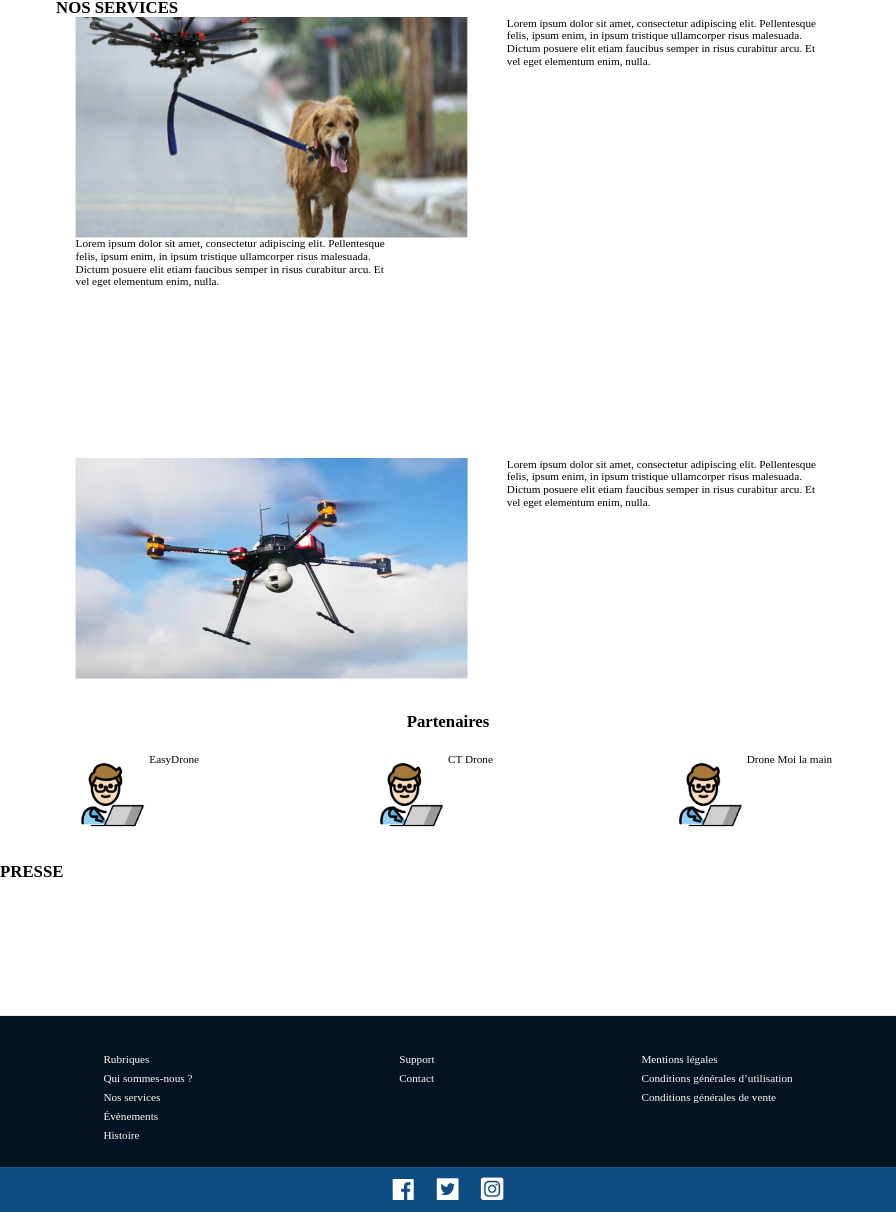
Repository: clairedupuich/serv_drone
Page: http://localhost/aceuille.html
The author's editor kept a copy of each file at every save. The page is drawn from the files as they stood at one save, then again after the next save.
The browser window is 1280 px wide. The pictures show the part of the page from y = 936 to 2856 px (the page is 2668 px tall before and 2856 px after), at 70% of full size.
Pictures or frames that could not be fetched are drawn as grey boxes. The page is run by PHP 8.4 with error messages shown; the project is at /var/www/html/.

Above is the page before, as saved 2020-11-01 22:35:41.

### aceuille.html
<!DOCTYPE html>
<html lang="en">
<head>
    <meta charset="UTF-8">
    <meta name="viewport" content="width=device-width, initial-scale=1.0">
    <title>Aceuille</title>
    <link rel="stylesheet" href="style.css">
</head>
<body>
    <header>
        <section class="navLogo">
            <img src="img/Group 5.png" class="logo">
            <div class="navAndIcon">
                <ul class="nav">
                    <li class=""> <a href="qui_somme_nous.html"> Qui sommes-nous ?</a></li>
                    <li class=""> <a href="nos_produit.html"> Nos services</a></li>
                    <li class=""> <a href="histoire.html"> Histoire</a></li>
                    <li class=""> <a href="evenements.html"> Évènements</a></li>
                    <li class=""> <a href="support.html"> Support</a></li>
                    <li class=""> <a href="contact.html"> Contact</a></li>
                </ul>

                <div class="iconHeader">
                  <a href="" class="iconHaut"><img src="img/Vector.png" alt=""></a>
                  <a href="" class="iconHaut"><img src="img/Vector(1).png" alt=""></a>
                  <a href="" class="iconHaut"><img src="img/Vector(2).png" alt=""></a>
                </div>
            </div>
        </section>
        <section class="grandImg">
            <h2>Serv’Drone</h2>
            <p class="inHeaderP">Petite phrase d’accroche lorem ipsum s simply dummy text
                of the printing and typesetting industry.</p>
        </section>
    </header>


<section>
    <div class="container_acceuille">
        <div class="inuvation">
            <h3>INNOVATION</h3>
            <p>Lorem ipsum dolor sit amet, consectetur adipiscing elit. Pellentesque felis, ipsum enim, in ipsum tristique ullamcorper risus malesuada. Dictum posuere elit etiam faucibus semper in risus curabitur arcu. Et vel eget elementum enim, nulla. </p>
        </div>
        <img src="img/drone-knoll-flatlay 1.png" alt="" class="imgInovation">
    </div>
</section>

<section class="service_of_produit">
    <h2 class="titreAceuille">NOS SERVICES </h2>
    <div class="containerService">
        <img src="img/promèneChien.png" alt="" class="imgService">
        <p class="textService">Lorem ipsum dolor sit amet, consectetur adipiscing elit. Pellentesque felis, ipsum enim, in ipsum tristique ullamcorper risus malesuada. Dictum posuere elit etiam faucibus semper in risus curabitur arcu. Et vel eget elementum enim, nulla. </p>
    </div>
    <div class="containerService">

        <p class="textService">Lorem ipsum dolor sit amet, consectetur adipiscing elit. Pellentesque felis, ipsum enim, in ipsum tristique ullamcorper risus malesuada. Dictum posuere elit etiam faucibus semper in risus curabitur arcu. Et vel eget elementum enim, nulla. </p>
        <!-- <img src="" alt="" class="imgService"> -->
        <iframe width="560" height="315" src="https://www.youtube.com/embed/5ieqqD7U5DI" frameborder="0" allow="accelerometer; autoplay; clipboard-write; encrypted-media; gyroscope; picture-in-picture" allowfullscreen></iframe>
    </div>
    <div class="containerService">
        <img src="img/service3.jpg" alt="" class="imgService">
        <p class="textService">Lorem ipsum dolor sit amet, consectetur adipiscing elit. Pellentesque felis, ipsum enim, in ipsum tristique ullamcorper risus malesuada. Dictum posuere elit etiam faucibus semper in risus curabitur arcu. Et vel eget elementum enim, nulla.</p>
    </div>
</section>
<section>
    <div class="containerP">
        <h2 class="title text-center">Partenaires</h2>
        <div class="partners">
          <div class="block-partner">
            <img src="img/openmoji_man-technologist-light-skin-tone.png" alt="Logo des partenaires">
            <p>EasyDrone</p>
          </div>
          <div class="block-partner">
            <img src="img/openmoji_man-technologist-light-skin-tone.png" alt="Logo des partenaires">
            <p>CT Drone</p>
          </div>
          <div class="block-partner">
            <img src="img/openmoji_man-technologist-light-skin-tone.png" alt="Logo des partenaires">
            <p>Drone Moi la main</p>
          </div>
        </div>
      </div>
</section>
<section>
    <h2 class="titreAceuille">PRESSE</h2>
    <div class="container"></div>
</section>









    <footer>
        <div class="textFooterC">
            <div class="texFooter">
                <a href="" class="textFooterEle">Rubriques</a>
                <a href="" class="textFooterEle">Qui sommes-nous ? </a>
                <a href="" class="textFooterEle">Nos services</a>
                <a href="" class="textFooterEle">Évènements</a>
                <a href="" class="textFooterEle">Histoire</a>


            </div>
            <div class="texFooter">
                <a href="" class="textFooterEle">Support</a>
                <a href="" class="textFooterEle">Contact</a>
            </div>
            <div class="texFooter">
                <a href="" class="textFooterEle">Mentions légales</a>
                <a href="" class="textFooterEle">Conditions générales d’utilisation</a>
                <a href="" class="textFooterEle">Conditions générales de vente</a>
            </div>
        </div>
        <div class="iconsFooter">
               <img src="img/Vector 1.png" alt="" class="iconFooter">
               <img src="img/Vector2.png" alt="" class="iconFooter">
               <img src="img/Vector 3.png" alt="" class="iconFooter">
        </div>
    </footer>
</body>
</html>

### style.css
/* header commence ci-desous */
.navLogo {
    display: flex;
    flex-wrap: wrap;
    flex-direction: row;
    justify-content: space-around;
    align-items: center;
    padding: 1.5em;
}
.logo {
    width: 5em;
    height: 5em;
    margin-left: 0;
}
.nav {
    display: flex;
    flex-wrap: wrap;
    flex-direction: row;
    justify-content: space-between;
    margin-bottom: 0;
}
.nav > li {
    text-decoration: none;
    transition-property: transform;
    transition-duration: .2s;
    transform: scale(1);
    padding: 1em;
    list-style: none;
}
.nav > li > a {
    list-style: none;
    color:black;
    text-decoration: none;

}
.nav > li:hover {
    transform: scale(1.3);
    color: rgb(10, 23, 204);

}

.nav > li > a:hover {
    transform: scale(1.3);
    color: rgb(10, 23, 204);

}
.iconHeader {
    text-align: end;
   margin-right: 3em;
}
.iconHaut {
    margin-left: 1em;
}
.grandImg {
    background-image: url(img/headerimg.png);
    border-top: 7px solid #0F4C81;
    background-repeat: no-repeat;
    background-origin: border-box;
    background-position: center;
}
.grandImg > h2 {
    color: snow;
    font-size:3em ;
    margin: 0 auto 1em 1em;
    padding-top: 2em;
}
.inHeaderP {
    width: 40%;
    margin-bottom: 7em;
    padding-bottom: 8%;
    padding-left: 3.5%;
}
@media screen and (max-width: 770px) {
    .inHeaderP {
        width: 70%;
        margin-bottom: 6em;
        padding: 8% auto;
    }
    .grandImg > h2 {
        color: snow;
        font-size:2em ;
        margin: 0 auto 1em 1em;
        padding-top: 2em;
    }
}
/* page support commence */
*{
    margin: 0;
    padding: 0;
}
.videoDiv,
.iconText, {
    margin-bottom: 7em;
}
.contenueSupport {
   margin: 4em auto;
   padding: 1em 4%;
   text-align: center;
}
iframe {
    min-width: 300px;
}
.videoDiv > h2 {
   margin-bottom: 2em;
}

/* les icons de page support commence */
.titreIcon {
    color: snow;
    background-color: #0F4C81;
    margin: 5em auto;
    padding: .5em;
    width: 45%;
    border-radius: 3em;
}
@media screen and (max-width: 925px){
    .titreIcon {
        width: 65%;
        font-size: 1em;
    }
}
.iconText {
    display: flex;
    flex-direction: row;
    flex-wrap: wrap;
    justify-content: space-around;
}
.fig {
    width: 25%;
    min-width: 10em;
    margin-bottom: 7em;
}
.icon {
    margin-bottom: 2em;
}
.icon1,
.icon4 {
    margin-bottom: 3em;
}
.fig > figcaption {
    text-align: center;
    padding: 2em;
}

.repaire {
    margin-bottom: 4em;
    padding: 1em 15%;
}
.teleMail {
    display: flex;
    flex-direction: row;
    flex-wrap: wrap;
    justify-content: space-around;
}
.tele,
.mail {
    color: snow;
    background-color: #0F4C81;
    margin-bottom: 3em;
    padding: .5em;
    width: 33%;
    min-width: 15em;
}

/* page qui somme nous commence */
.quiHaut {
    text-align: center;
    background-color: #031322;
    background-clip: border-box;
    padding: 3em 17%;
    color: snow;
}
.littleTitre {
    font-weight: bold;
    padding: 2em;
    font-size: 1.2em;
}
.quiText {
    padding-bottom: 9em;
    line-height: 1.5em;
    text-align: justify;
}
.chefs {
    /* background-color: #031322; */
    background-clip: border-box;
    padding:2em 8%;
   /*  color: snow; */
}
.chefs > h4 {
    margin-left: 4em;
}
.man {
    display: flex;
    flex-wrap: wrap;
    flex-direction: row;
    justify-content: space-around;
    margin-bottom: 6em;
}
.imgMan2 {
    display: none;
}
.manText {
    width: 35%;
    text-align: justify;

}
@media screen and (max-width: 380px){
    .manText {
        width: 65%;
        text-align: justify;

    }
    .imgMan2 {
        display: block;
    }
    .imgManComputer {
        display: none;
    }
}

/* footer commence */
footer {

    color: snow;
    margin-top: 8em;
}
.textFooterC {
    background-color: #031322;
    display: flex;
    flex-direction: row;
    flex-wrap: wrap;
    justify-content: space-around;
    padding-top: 3em;
    padding-bottom: 2em;
}
.texFooter {
    display: flex;
    flex-direction: column;
    line-height: 1.7em;
    background-clip: border-box;
}
/* .textFooter2 {
    margin-right: 19em;
} */
.textFooterEle {
    text-decoration: none;
    list-style: none;
    color: snow;
}
.iconsFooter {
    background-color: #0F4C81;
    text-align: center;
}
.iconFooter{
   padding: 0.9em;
}

/* page contact commence */
.contenueContact {
    padding:2em 9%;
    background-color: #f2f3f3;
    background-clip: border-box;
}
.contact {
    display: flex;
    flex-direction: row;
    flex-wrap: wrap;
    justify-content: space-around;
    margin-bottom: 3em;
}
.contact > p {
    background-color: #ffffff;
    padding: 10% 2em;
    border-radius: 3em;
    margin-bottom: 1.5em;

}
.contact > p > span {
    font-size: 1.5em;
    display: block;
    margin-bottom: 1em;
}
.contact_img {
    border-radius: 3em;
    width: 40%;
    min-width: 20em;
}

/* formulaire ci-desous */
.cont h2 {
    margin: 6em auto 2em;
    text-align: center;
    width: 80%;
}

.hform {

    background-image: url(img/drone2.png);
    background-repeat: no-repeat;
    background-position-x: right;
    background-position-y: top;
}

.cont h3 {
    margin-bottom: 1em;
}

.contat-p {
    padding: 8px auto;
}

form {
    margin-top: 1.5em;

}

.nomemail {
    display: flex;
    flex-direction: row;
    flex-wrap: wrap;
    justify-content: space-between;

}

.form-nom {
    width: 40%;
    min-width: 16em;
}

.form-emil {
    width: 40%;
    margin-right:.5em;
    min-width: 16em;
}

.name {

    color: rgb(39, 37, 37);
    padding: 1em;
    width: 100%;
    margin: 0.7em auto;
}

.textarea {
    width: 100%;
    padding: 1.5em;
    font-size: 1em;
    margin-bottom: 2em;
    font-style: italic;

}

.contact-submit input {
    padding: .6em;
    font-size: 1em;
    background-color: #febf01;
    border: darkslategrey solid 1px;
    box-shadow: 2px 3x 6px black;
    border-radius: 3px;
    color: cornsilk;
    cursor: pointer;
}
@media screen and (max-width: 556px) {
    footer {
        margin-top: 5em;
        text-align: center;
    }
    .textFooterC {
        display: flex;
        flex-direction: column;
        flex-wrap: wrap;
        justify-content: space-around;
        padding-top: 3em;
        padding-bottom: 2em;
    }
    .texFooter {
        display: flex;
        flex-direction: column;
        line-height: 1.7em;
        background-clip: border-box;
    }

    .cont {
        background-image: url(img/drone2.png);
        background-repeat: no-repeat;
        background-position-x: right;
        background-position-y: top;
    }
    .hform {

        background-image: url();
    }

    .textarea {
        width: 92%;
    }

}
/* page histoire commence ici */
.cotenue_histoire {
    text-align: center;
}
.histoire_titre {
    text-align: center;
    font-weight: bold;
    font-size: 1.5em;
    margin: 3em auto;
}
.histoire_img {
    width: 60%;
}

/* page produit/ service commence */
.container {
    padding: 2em 5em;
}
 ul li {

    list-style: none;
    text-decoration: none;
}
.bg-light {
    padding: 1em 5em 4em;
    background-color: #D4E3E3;
}
.title {
    text-align: center;

}
.services {
    margin: 80px 0;
    padding: 30px;
  }

  .service-text {
    padding: 40px 0;
  }

  .service-img {
    margin-top: 20px;
    position: relative;
    height: 300px;
    background: center / cover no-repeat url(/images/service1.png);

    border-radius: 13px;

    transition: .3s;
  }

  .service-img-1 {
    background-image: url(/images/service2.png);
  }

  .service-img-2 {
    background-image: url(/images/service3.png);
  }

  .service-img-3 {
    background-image: url(/images/service4.png);
  }

  .service-img-4 {
    background-image: url(/images/service5.png);
  }

  .services a:hover .service-img {
    box-shadow: 4px 3px 14px -1px rgba(0, 0, 0, 0.26);
  }

  .service-img p {
    padding: 30px;
    position: absolute;
    top: 20px;
    right: 0;
    width: 200px;

    font-weight: 900;

    border-radius: 10px 0 0 10px;

    background-color: #B8D4D4;
  }

  .application {
    padding: 50px 0;
  }

  .application .title {
    margin-bottom: 50px;
  }
  /* products */
  .products {
    margin: 50px 0;
  }

  .product {
    padding: 15px;
    margin: 30px 0;

    color: #FFF;

    background-color: #031322;


  }

  .product img {

    width: 100%;
  }

  .product-title {
    margin-top: 20px;
    font-weight: 800;
  }

  .product-details {
    margin: 20px 0;
  }

  .product-price {
    text-align: center;
    font-weight: 800;
  }

  .product .btn {
    display: inline-block;
    margin-top: 20px;
    padding: 10px 0;
    width: 100%;
    color: snow;
    text-decoration: none;
    text-align: center;

    background-color: #0F4C81;

    border-radius: 6px;
  }

  a.btn:hover {
    color: #031322;
  }



  @media only screen and (min-width: 768px) {
    .products {
      display: grid;
      grid-template-columns: 1fr 1fr 1fr;
      grid-gap: 20px;
    }

    .product {
      min-height: 600px;
      position: relative;
    }

    .bottom-product {
      position: absolute;
      bottom: 15px;
      left: 15px;
      right: 15px;
    }
  }


/* page de evenements commance */
.evenement_container {
    display: flex;
    flex-direction: row;
    flex-wrap: wrap;
    justify-content: space-around;
    margin: 2em 3em;
}
.evenement_text{
    width: 35%;
}
.evenement_text p {
    margin-top: 2em;
}
.img_evenement_top {
    width: 45%;
    min-width: 20em;
}
.three_images {
    margin: 9em 3em;
}
.img_evenement_middle {
    width: 30%;
    min-width: 15em;
    margin-bottom: 2em;
}
.img_evenement_bottom {
    width: 55%;
    margin-left: 25%;
}
/* page d'aceuill commence */
.service_of_produit {
    margin: 3em 5em;
}
.containerService {
    display: flex;
    flex-direction: row;
    flex-wrap: wrap;
    justify-content: space-around;
}
.imgService {
    width: 560px;
    height: 315px;
}
.textService {
    width: 40%;

}
.block-partner {
    display: flex;
}
.container_acceuille {
    display: flex;
    flex-direction: row;
    flex-wrap: wrap;
    justify-content: space-between;
    width: 100%;
    margin-bottom: 3.5em;
}

.inuvation {
    width: 45%;
    background-color: #B8D4D4;
    padding: 2em;
}
.inuvation h3 {
    margin-bottom: 1.5em;
}
.imgInovation {
    width: 50%;
    min-width: 20em;
}

.partners {
    display: flex;
    flex-wrap: wrap;
    flex-direction: row;
    justify-content: space-around;
}
.block-partner {
    display: grid;
    grid-template-columns: 1fr 1fr;
    margin: 2em auto;
}

After the next save:
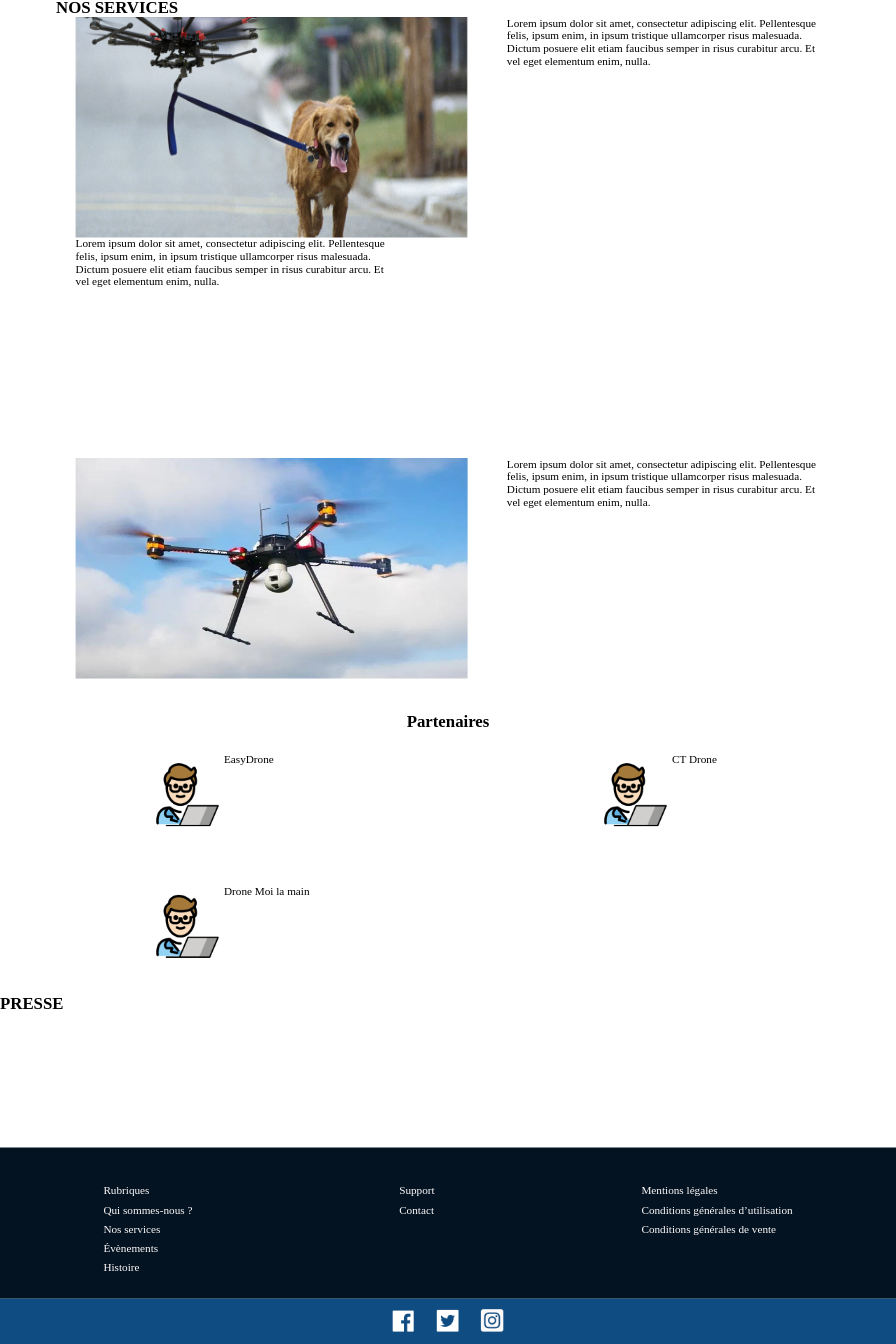
Saved 31 s later.
--- a/style.css
+++ b/style.css
@@ -638,10 +638,8 @@
 }
 
 .partners {
-    display: flex;
-    flex-wrap: wrap;
-    flex-direction: row;
-    justify-content: space-around;
+    display: grid;
+    grid-template-columns: 1fr 1fr;
 }
 .block-partner {
     display: grid;

After the save that followed:
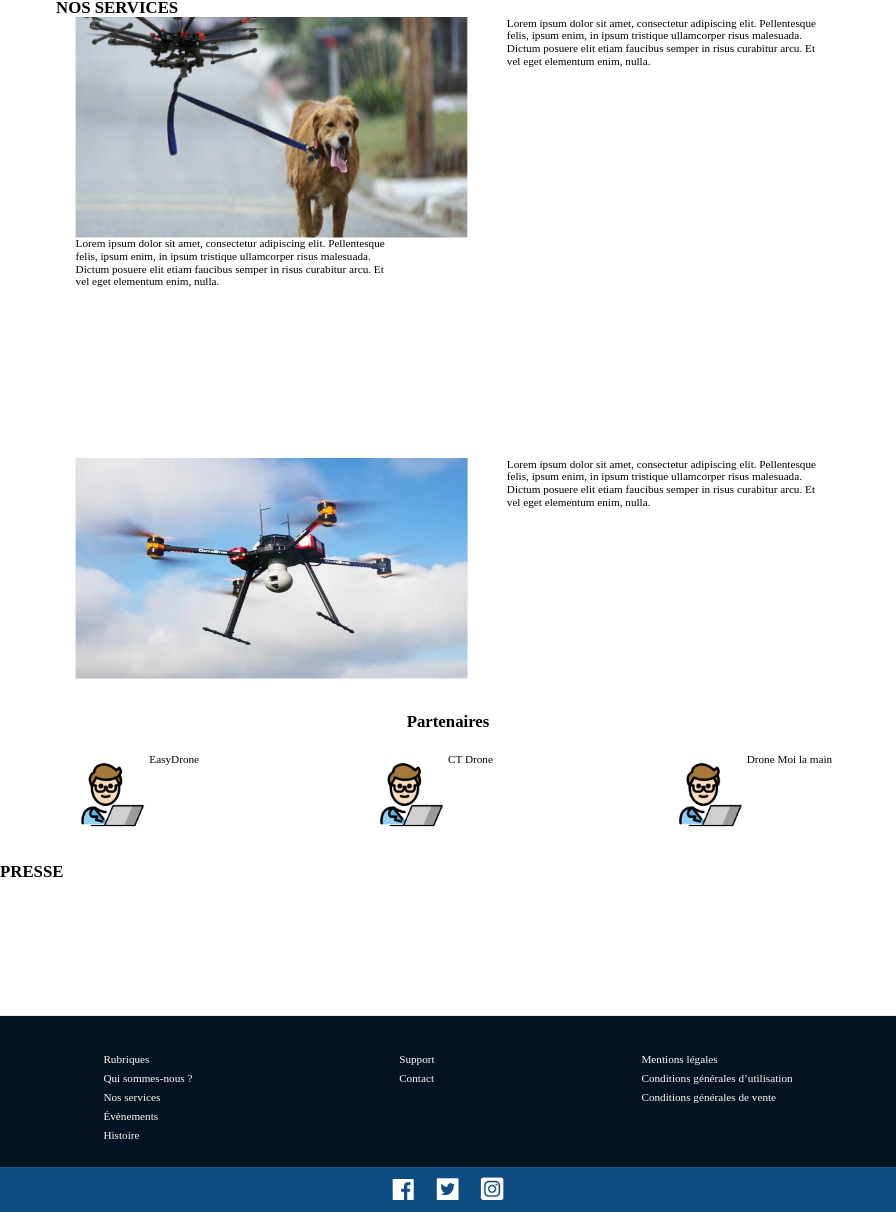
Saved 12 s later.
--- a/style.css
+++ b/style.css
@@ -638,8 +638,10 @@
 }
 
 .partners {
-    display: grid;
-    grid-template-columns: 1fr 1fr;
+    display: flex;
+    flex-wrap: wrap;
+    flex-direction: row;
+    justify-content: space-around;
 }
 .block-partner {
     display: grid;
